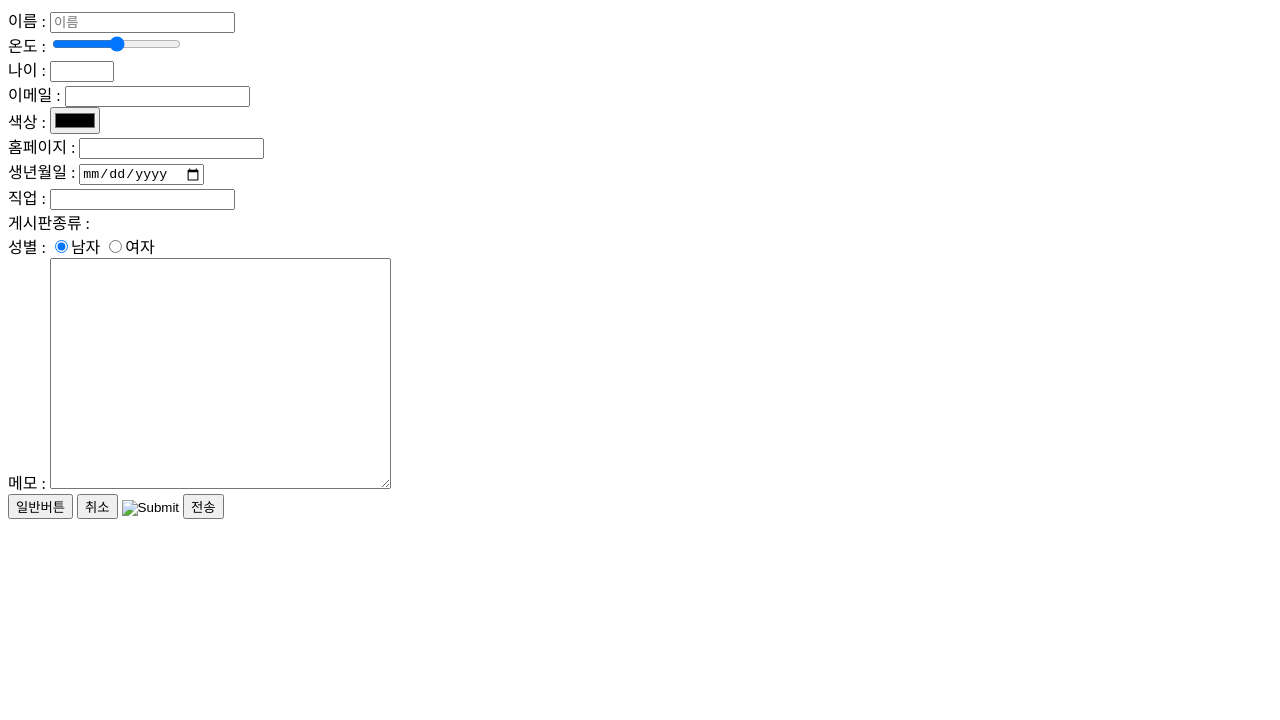
Repository: doridorijamjam2/JSP-Servlet
Page: Day_01/src/main/webapp/formPost.html
The author's editor kept a copy of each file at every save. The page is drawn from the files as they stood at one save, then again after the next save.
The browser window is 1280 px wide. The pictures show the whole page.

Above is the page before, as saved 2021-10-19 04:24:35.

After the next save:
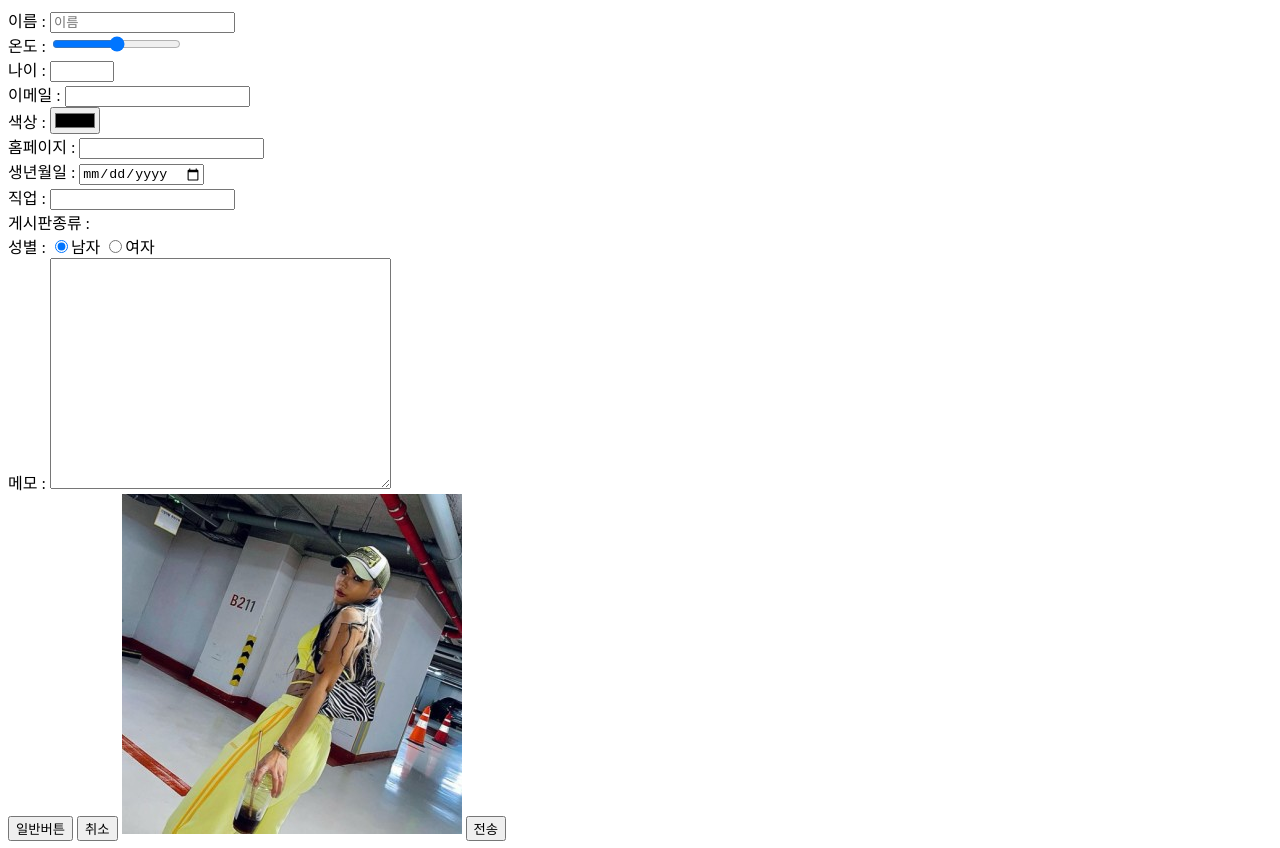
Saved 16 s later.
--- a/Day_01/src/main/webapp/formPost.html
+++ b/Day_01/src/main/webapp/formPost.html
@@ -45,7 +45,7 @@
 		<br>
 		<input type = "button" value = "일반버튼"/>
 		<input type = "reset" value = "취소"/>
-		<input type = "image" src = ""/>
+		<input type = "image" src = "lee.jpeg"/>
 		<input type = "submit" value = "전송"/>
 
 	</form>
